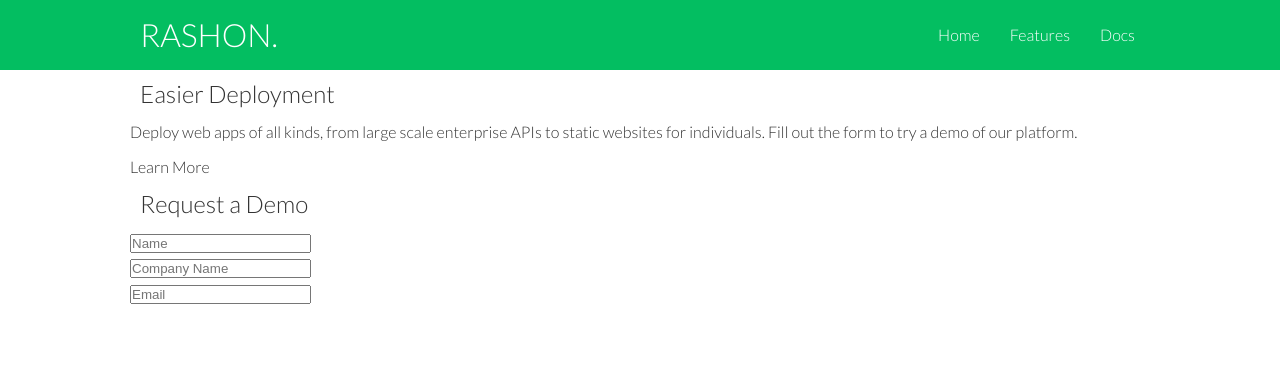
Repository: Skilis/website-modern
Page: index.html
An editor plug-in stored every save of this project. The page is shown before and after the next save, followed by the edit.
The browser window is 1280 px wide. The pictures show the whole page.

Above is the page before, as saved 2020-10-23 13:04:01.

### index.html
<!DOCTYPE html>
<html lang="en">

<head>
  <meta charset="UTF-8">
  <meta name="viewport" content="width=device-width, initial-scale=1.0">
  <link rel="stylesheet" href="https://cdnjs.cloudflare.com/ajax/libs/font-awesome/5.15.1/css/all.min.css"
    integrity="sha512-+4zCK9k+qNFUR5X+cKL9EIR+ZOhtIloNl9GIKS57V1MyNsYpYcUrUeQc9vNfzsWfV28IaLL3i96P9sdNyeRssA=="
    crossorigin="anonymous" />
  <link rel="stylesheet" href="css/style.css">
  <title>Rashon | Cloud Hosting For The SuperPhly</title>
</head>

<body>
  <!-- Navbar-->
  <div class="navbar">
    <div class="container flex">
      <h1 class="logo">RASHON.</h1>
      <nav>
        <ul>
          <li><a href="index.html">Home</a></li>
          <li><a href="features.html">Features</a></li>
          <li><a href="docs.html">Docs</a></li>
        </ul>
      </nav>
    </div>

  </div>

  <!-- Showcase-->

  <section class="showcase">
    <div class="container grid">
      <div class="showcase-text">
        <h1>Easier Deployment</h1>
        <p>Deploy web apps of all kinds, from large scale enterprise APIs to static websites for individuals. Fill out
          the form to try a demo of our platform.</p>
        <a href="features.html" class="btn btn-outline">Learn More</a>
      </div>

      <div clas="showcase-form card">
        <h2>Request a Demo</h2>
        <form>
          <div class="form-control">
            <input type="text" name="name" placeholder="Name" required>
          </div>
          <div class="form-control">
            <input type="text" name="company" placeholder="Company Name" required>
          </div>
          <div class="form-control">
            <input type="email" name="email" placeholder="Email" required>
          </div>
        </form>
      </div>
    </div>

  </section>
</body>

</html>

### css/style.css
@import url('https://fonts.googleapis.com/css2?family=Lato:wght@300&display=swap');

* {
  box-sizing: border-box;
  padding: 0;
  margin: 0;
}

body {
  font-family: 'Lato', sans-serif;
  color: #333;
  line-height: 1.6;
}

ul {
  list-style-type: none;
}

a {
  text-decoration: none;
  color: #333;
}

h1,
h2 {
  font-weight: 300;
  line-height: 1.2;
  margin: 10px;
}

p {
  margin: 10px 0;
}

img {
  width: 100%;
}

.navbar {
  background: #03be61;
  color: #fff;
  height: 70px;
}

.navbar ul {
  display: flex;
}

.navbar a {
  color: #fff;
  padding: 10px;
  margin: 0 5px;
}

.navbar a:hover {
  border-bottom: 2px white solid;
}

.navbar .flex {
  justify-content: space-between;
}

.container {
  max-width: 1100px;
  margin: 0 auto;
  overflow: auto;
  padding: 0 40px;
}

.flex {
  display: flex;
  justify-content: center;
  align-items: center;
  height: 100%;
}

After the next save:
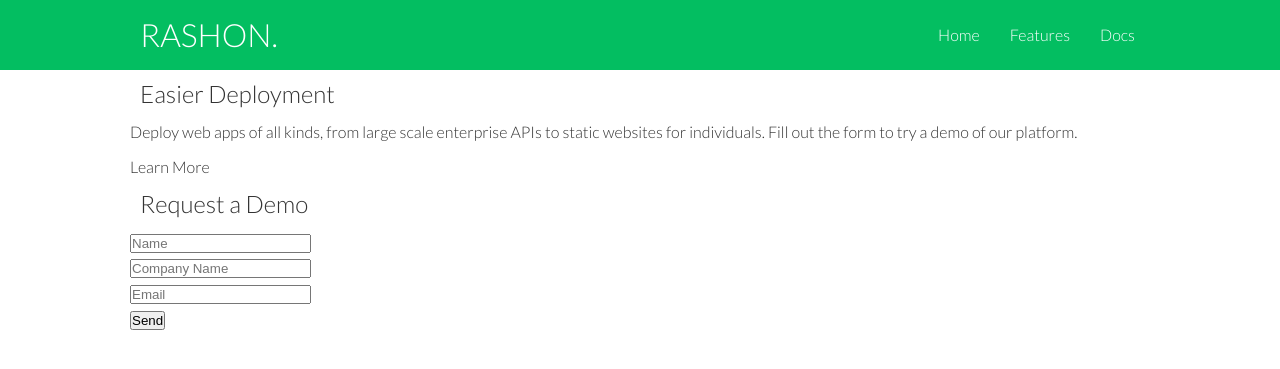
Saved 73 s later.
--- a/index.html
+++ b/index.html
@@ -50,6 +50,7 @@
           <div class="form-control">
             <input type="email" name="email" placeholder="Email" required>
           </div>
+          <input type="submit" value="Send" class="btn btn-primary">
         </form>
       </div>
     </div>
